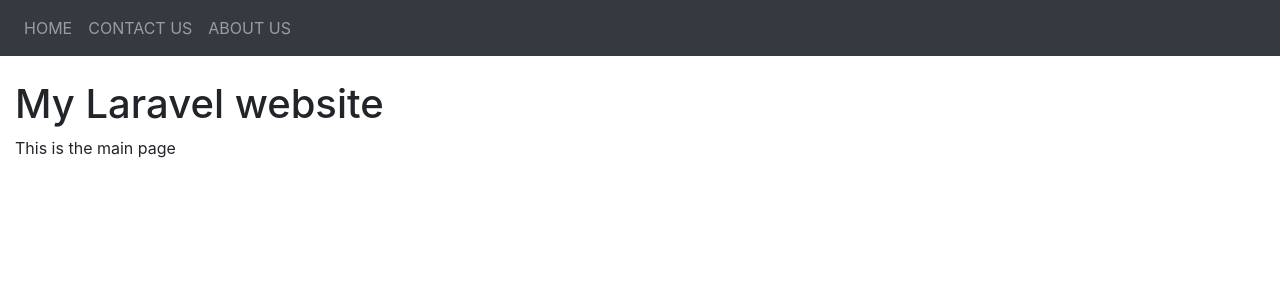
Repository: ROCKY-SAM/laravel5.7
Page: http://localhost/
An editor plug-in stored every save of this project. The page is shown before and after a run of saves, followed by the edit.
The browser window is 1280 px wide. The pictures show the whole page.
The page is served by the project's Laravel application, run on PHP 8.4 with Laravel 8. Other server files are loaded and not shown. Queries for data that is not in the repository find no rows.

Above is the page before, as saved 2018-11-11 14:35:28.

### routes/web.php
<?php

/*
|--------------------------------------------------------------------------
| Web Routes
|--------------------------------------------------------------------------
|
| Here is where you can register web routes for your application. These
| routes are loaded by the RouteServiceProvider within a group which
| contains the "web" middleware group. Now create something great!
|
*/

Route::get('/','PagesController@home');
Route::get('/contact','PagesController@contact');
Route::get('/about','PagesController@about');

### app/Http/Controllers/PagesController.php
<?php

namespace App\Http\Controllers;

use Illuminate\Http\Request;
use App\Project;
class PagesController extends Controller
{
    //

    public function home(){

        $project = Project::all();
        return view('welcome',[
            'foo' => 'Laravel',
            'projects' => $project
        ]);
    }
    public function about(){
        return view('about');
    }
    public function contact(){
        return view('contact');
    }
}

### resources/views/welcome.blade.php
@extends('layout')

@section('title')
    Welcome
@endsection


@section('content')
    <h1>My {{ $foo }} website</h1>
    This is the main page


    <div id="accordion">
    @foreach ($projects as $project)

    <div class="card">
        <div class="card-header" id="headingOne">
          <h5 class="mb-0">
          <button style="text-decoration: none;color: black;font-weight: bold;" class="btn btn-link" data-toggle="collapse" data-target="#collapseOne{{$project->title}}" aria-expanded="true" aria-controls="collapseOne">
              <h5>{{ $project->title }}</h5>
            </button>
          </h5>
        </div>

        <div id="collapseOne{{$project->title}}" class="collapse " aria-labelledby="headingOne" data-parent="#accordion">
          <div class="card-body">
            {{ $project->description }}
          </div>
        </div>
      </div>


    @endforeach
    </div>



@endsection

### resources/views/layout.blade.php
<!DOCTYPE html>
<html lang="en">
  <head>
    <meta charset="utf-8">
    <meta http-equiv="X-UA-Compatible" content="IE=edge">
    <title>@yield('title','SAM LARAVEl')</title>
    <meta name="viewport" content="width=device-width, initial-scale=1">
    <link rel="stylesheet" href="https://maxcdn.bootstrapcdn.com/bootstrap/4.1.3/css/bootstrap.min.css">
    <script src="https://ajax.googleapis.com/ajax/libs/jquery/3.3.1/jquery.min.js"></script>
    <script src="https://cdnjs.cloudflare.com/ajax/libs/popper.js/1.14.3/umd/popper.min.js"></script>
    <script src="https://maxcdn.bootstrapcdn.com/bootstrap/4.1.3/js/bootstrap.min.js"></script>
  </head>
  <body>

    <nav class="navbar navbar-expand-sm bg-dark navbar-dark fixed-top">
        <ul class="navbar-nav">
                <li class="nav-item">
                        <a class="nav-link" href="/">HOME</a>
                      </li>
          <li class="nav-item">
            <a class="nav-link" href="/contact">CONTACT US</a>
          </li>
          <li class="nav-item">
            <a class="nav-link" href="/about">ABOUT US</a>
          </li>
        </ul>
      </nav>




      <div class="container-fluid" style="margin-top:80px">
            @yield('content')
          </div>


    <script src="https://ajax.googleapis.com/ajax/libs/jquery/3.3.1/jquery.min.js"></script>
  </body>
</html>

Loaded but not shown: app/Providers/AppServiceProvider.php (common file); app/Http/Controllers/Controller.php (common file); app/Project.php (common file)

After the next 3 saves:
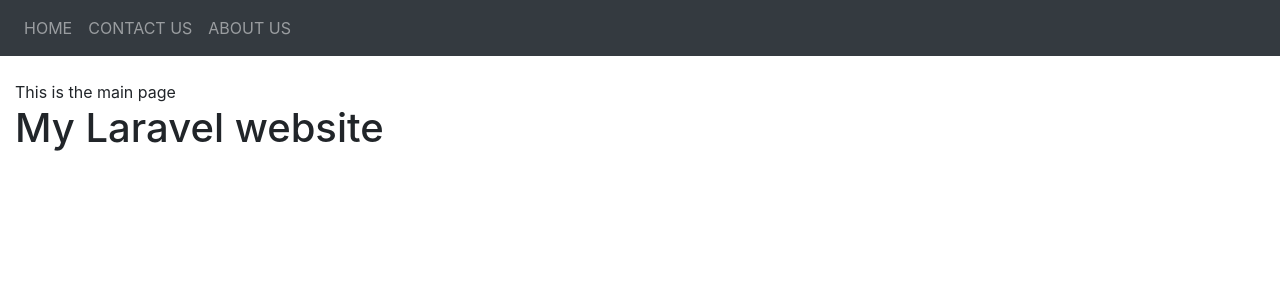
The 3 saves are shown as one change because they came seconds apart.
The last was saved 50 s later.
--- a/resources/views/welcome.blade.php
+++ b/resources/views/welcome.blade.php
@@ -6,8 +6,10 @@
 
 
 @section('content')
+This is the main page
+<br>
     <h1>My {{ $foo }} website</h1>
-    This is the main page
+
 
 
     <div id="accordion">
